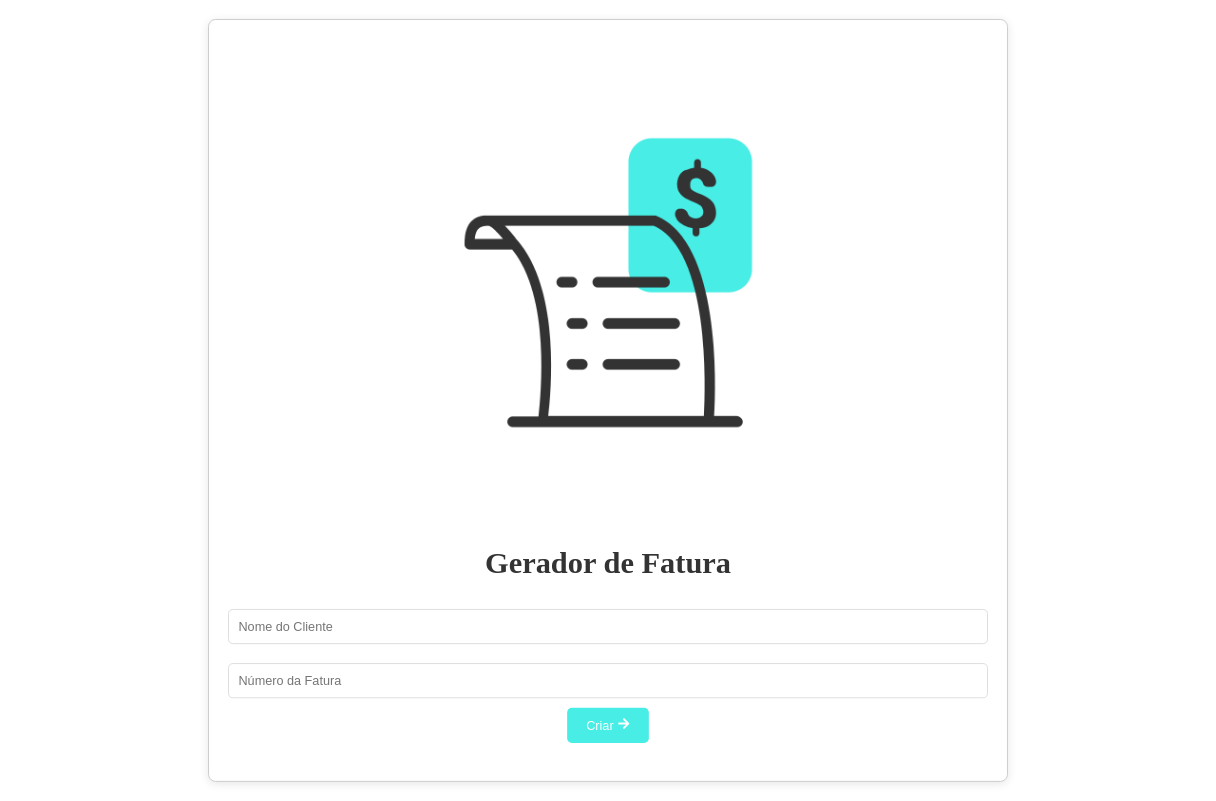
Repository: devthmedu/Invoice-Generator
Page: /
These files come from the project's save history. The page is drawn as it stood at one moment and after the next save; the edit follows.
The browser window is 1280 px wide. The pictures show the whole page, at 95% of full size.
The project was rebuilt for these pictures with package versions that can differ from the ones it lists, and the page was loaded fresh each time. Also part of the build but not shown: vite.config.js, src/Componete/Template.jsx.

Above is the page before, as saved 2024-07-16 20:30:34.

After the next save:
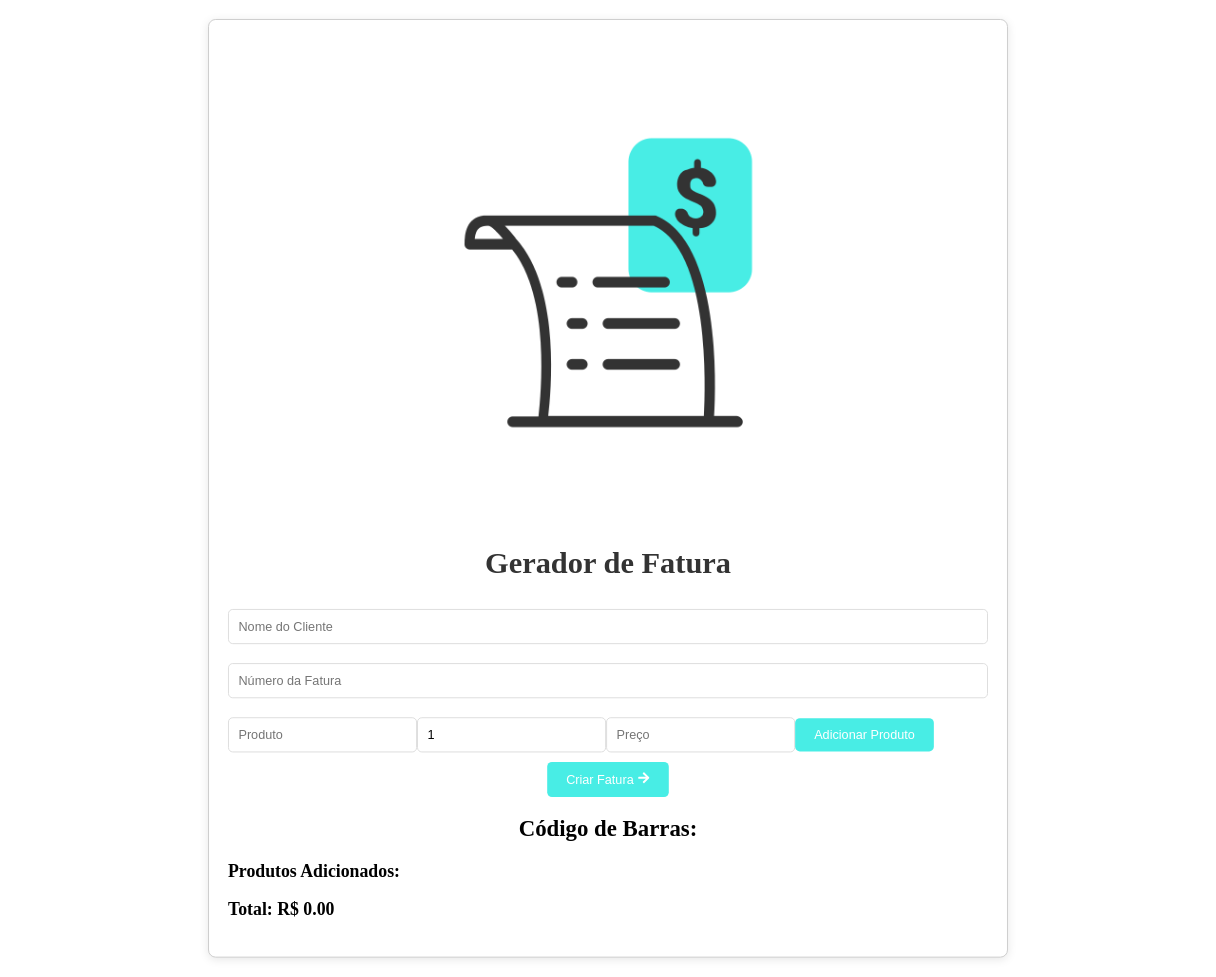
Saved 40 s later.
--- a/src/App.jsx
+++ b/src/App.jsx
@@ -13,6 +13,13 @@ function App() {
   const [visualizar, setVisualizar] = useState(true);
   const [loading, setLoading] = useState(false);
 
+  const [produtos, setProdutos] = useState([]);
+  const [produto, setProduto] = useState('');
+  const [quantidade, setQuantidade] = useState(1);
+  const [preco, setPreco] = useState('');
+
+  const [formaPagamento, setFormaPagamento] = useState('dinheiro');
+
   useEffect(() => {
     const atual = new Date();
     const dataFormatada = `${String(atual.getDate()).padStart(2, '0')}/${String(
@@ -21,7 +28,7 @@ function App() {
     setData(dataFormatada);
   }, []);
 
-  const criar = () => {
+  const criarFatura = () => {
     if (!numeroDaFatura.match(/^[0-9]+$/)) {
       toast.error('Por favor, insira um número de fatura válido.');
       return;
@@ -38,10 +45,32 @@ function App() {
     }, 500);
   };
 
+  const adicionarProduto = () => {
+    if (produto && quantidade > 0 && preco > 0) {
+      setProdutos([
+        ...produtos,
+        { produto, quantidade: Number(quantidade), preco: Number(preco) },
+      ]);
+      setProduto('');
+      setQuantidade(1);
+      setPreco('');
+    } else {
+      toast.error(
+        'Por favor, insira um produto válido com quantidade e preço.',
+      );
+    }
+  };
+
+  const totalFatura = produtos.reduce(
+    (acc, curr) => acc + curr.quantidade * curr.preco,
+    0,
+  );
+
   const voltar = () => {
     setVisualizar(true);
     setNumeroDaFatura('');
     setNomeCliente('');
+    setProdutos([]);
   };
 
   return (
@@ -71,9 +100,37 @@ function App() {
                 required
               />
             </div>
+            <div className="product-form">
+              <input
+                type="text"
+                placeholder="Produto"
+                value={produto}
+                onChange={(e) => setProduto(e.target.value)}
+                className="input-field"
+              />
+              <input
+                type="number"
+                placeholder="Quantidade"
+                value={quantidade}
+                onChange={(e) => setQuantidade(e.target.value)}
+                className="input-field"
+                min="1"
+              />
+              <input
+                type="number"
+                placeholder="Preço"
+                value={preco}
+                onChange={(e) => setPreco(e.target.value)}
+                className="input-field"
+                min="0"
+              />
+              <button onClick={adicionarProduto} className="submit-button">
+                Adicionar Produto
+              </button>
+            </div>
             <div className="buttons">
               <button
-                onClick={criar}
+                onClick={criarFatura}
                 disabled={loading}
                 className="submit-button"
                 title={
@@ -82,16 +139,27 @@ function App() {
                     : 'Criar fatura'
                 }
               >
-                {loading ? 'Criando...' : 'Criar'} <FaArrowRight />
+                {loading ? 'Criando...' : 'Criar Fatura'} <FaArrowRight />
               </button>
             </div>
           </div>
-          {numeroDaFatura && (
-            <div className="barcode-container">
-              <h2>Código de Barras:</h2>
-              <Barcode value={numeroDaFatura} />
-            </div>
-          )}
+          <div className="barcode-container">
+            <h2>Código de Barras:</h2>
+            {numeroDaFatura && <Barcode value={numeroDaFatura} />}
+          </div>
+          <div className="product-list">
+            <h3>Produtos Adicionados:</h3>
+            <ul>
+              {produtos.map((item, index) => (
+                <li key={index}>
+                  {item.quantidade} x {item.produto} @ R${' '}
+                  {item.preco.toFixed(2)} = R${' '}
+                  {(item.quantidade * item.preco).toFixed(2)}
+                </li>
+              ))}
+            </ul>
+            <h3>Total: R$ {totalFatura.toFixed(2)}</h3>
+          </div>
         </div>
       ) : (
         <div className="pdf-container">
@@ -99,6 +167,8 @@ function App() {
             NumeroDaFatura={numeroDaFatura}
             data={data}
             nomeCliente={nomeCliente}
+            produtos={produtos}
+            total={totalFatura}
           />
           <button onClick={voltar} className="back-button">
             Voltar <FaArrowLeft />
